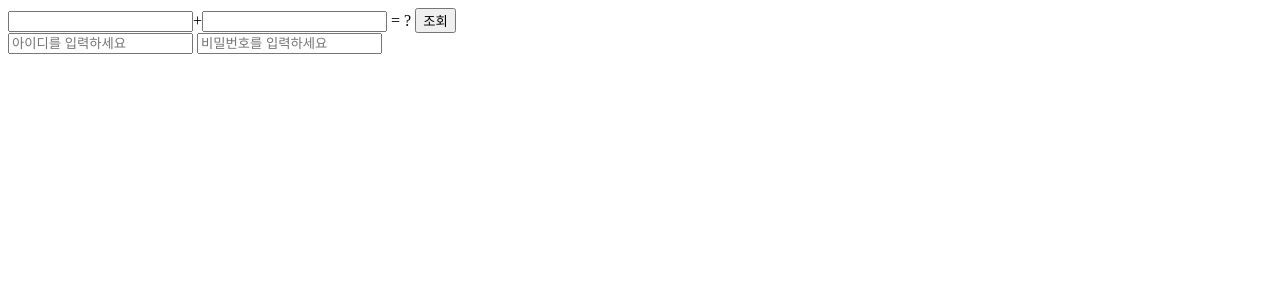
Repository: yyy5044/BackendPractice
Page: BE_01/src/main/webapp/index.html
These files come from the project's save history. The page is drawn as it stood at one moment and after the next save; the edit follows.
The browser window is 1280 px wide. The pictures show the whole page.

Above is the page before, as saved 2026-04-20 08:02:01.

After the next save:
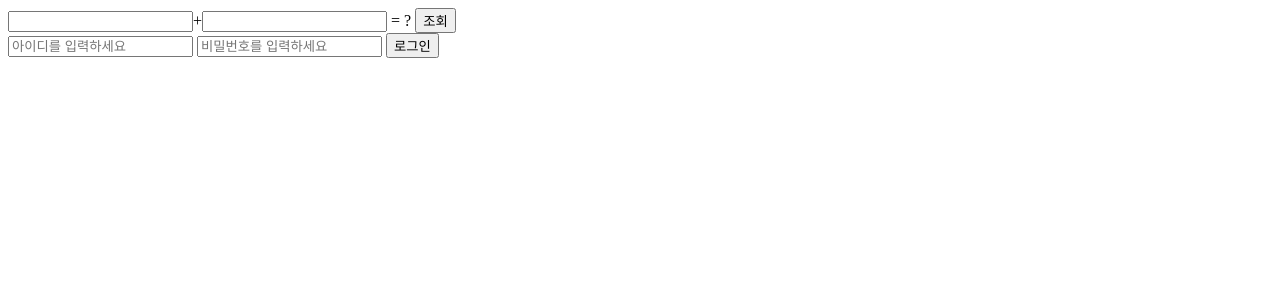
Saved 6 s later.
--- a/BE_01/src/main/webapp/index.html
+++ b/BE_01/src/main/webapp/index.html
@@ -12,6 +12,7 @@
 	<form action="/BE_01/login" method="post">
 		<input type="text" placeholder="아이디를 입력하세요" name="id" />
 		<input type="password" placeholder="비밀번호를 입력하세요" name="pass" />
+		<button>로그인</button>
 	</form>
 </body>
 </html>
